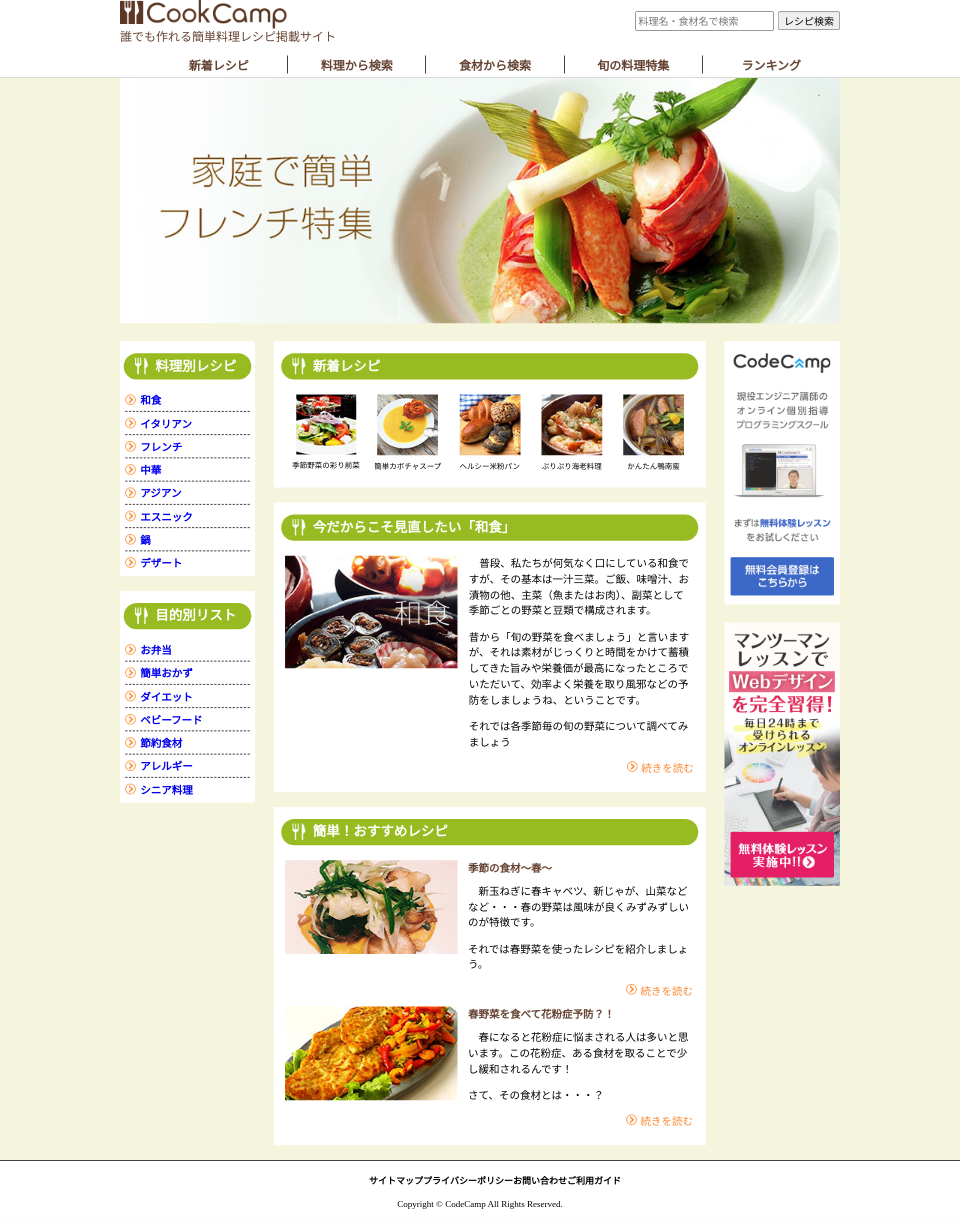
Repository: tomimaler/dc_work_tamachi_inagaki_html
Page: cookcamp/cookcamp.html
The author's editor kept a record of every edit. The page is drawn from the files as they stood at one moment, then again after the next edit.
The browser window is 1280 px wide. The pictures show the whole page, at 75% of full size.

Above is the page before.

### cookcamp/cookcamp.html
<!DOCTYPE html>
<html lang="ja">
 <head>
  <meta charset="UTF-8">
  <title>CookCamp</title>
  <link rel="stylesheet" href="cookcamp.css">
</head>
 <body>
  <header>
    <div class="container">
        <img class="logo" src="images/structure/logo.png">
        <input type="submit" value="レシピ検索">
        <input id="search" type="text" name="search" placeholder="料理名・食材名で検索">
        <p>誰でも作れる簡単料理レシピ掲載サイト</p>
        <ul class="header-menu">
            <li><a href="#">新着レシピ</a></li>
            <li><a href="#">料理から検索</a></li>
            <li><a href="#">食材から検索</a></li>
            <li><a href="#">旬の料理特集</a></li>
            <li><a href="#">ランキング</a></li>
        </ul>
    </div>
 </header>
 <main>
    <div class="container clearfix">
        <img class="mainView" src="images/contents/mainView.jpg">
        <nav class="left-column">
            <div class="recipe-nav">
                <h3>料理別レシピ</h3>
                <ul class="recipe-list">
                    <li><a href="#">和食</a></li>
                    <li><a href="#">イタリアン</a></li>
                    <li><a href="#">フレンチ</a></li>
                    <li><a href="#">中華</a></li>
                    <li><a href="#">アジアン</a></li>
                    <li><a href="#">エスニック</a></li>
                    <li><a href="#">鍋</a></li>
                    <li><a href="#">デザート</a></li>
                </ul>
            </div>
            <div class="recipe-nav">
                <h3>目的別リスト</h3>
                <ul class="recipe-list">
                    <li><a href="#">お弁当</a></li>
                    <li><a href="#">簡単おかず</a></li>
                    <li><a href="#">ダイエット</a></li>
                    <li><a href="#">ベビーフード</a></li>
                    <li><a href="#">節約食材</a></li>
                    <li><a href="#">アレルギー</a></li>
                    <li><a href="#">シニア料理</a></li>
                </ul>
            </div>
        </nav>
        <div class="main-column">
            <div class="article">
                <h3>新着レシピ</h3>
                <div class="section">
                    <div class="new-recipes">
                        <div class="new-recipe">
                            <img src="images/contents/newRecipes1.jpg" alt="季節野菜の彩り前菜">
                            <p>季節野菜の彩り前菜</p>
                        </div>
                        <div class="new-recipe">
                            <img src="images/contents/newRecipes2.jpg" alt="簡単カボチャスープ">
                            <p>簡単カボチャスープ</p>
                        </div>
                        <div class="new-recipe">
                            <img src="images/contents/newRecipes3.jpg" alt="ヘルシー米粉パン">
                            <p>ヘルシー米粉パン</p>
                        </div>
                        <div class="new-recipe">
                            <img src="images/contents/newRecipes4.jpg" alt="ぷりぷり海老料理">
                            <p>ぷりぷり海老料理</p>
                        </div>
                        <div class="new-recipe">
                            <img src="images/contents/newRecipes5.jpg" alt="かんたん鴨南蛮">
                            <p>かんたん鴨南蛮</p>
                        </div>
                    </div>
                </div>
            </div>
            <div class="article">
                <h3>今だからこそ見直したい「和食」</h3>
                <div class="section">
                    <img class="section-img" src="images/contents/topics.jpg" alt="和食" align="left">
                    <div class="section-text main-text">
                        <p>　普段、私たちが何気なく口にしている和食ですが、その基本は一汁三菜。ご飯、味噌汁、お漬物の他、主菜（魚またはお肉）、副菜として季節ごとの野菜と豆類で構成されます。</p>
                        <p>昔から「旬の野菜を食べましょう」と言いますが、それは素材がじっくりと時間をかけて蓄積してきた旨みや栄養価が最高になったところでいただいて、効率よく栄養を取り風邪などの予防をしましょうね、ということです。</p>
                        <p>それでは各季節毎の旬の野菜について調べてみましょう</p>
                        <a href="#"><img src="images/icon/arrow.png" alt="arrow">続きを読む</a>
                    </div>
                </div>
            </div>
            <div class="article">
                <h3>簡単！おすすめレシピ</h3>
                <div class="section">
                    <img class="section-img" src="images/contents/pushRecipes1.jpg" alt="春">
                    <div class="section-text">
                        <h4>季節の食材～春～</h4>
                        <p>　新玉ねぎに春キャベツ、新じゃが、山菜などなど・・・春の野菜は風味が良くみずみずしいのが特徴です。</p>
                        <p>それでは春野菜を使ったレシピを紹介しましょう。</p>
                        <a href="#"><img src="images/icon/arrow.png" alt="arrow">続きを読む</a>
                    </div>
                    <img class="section-img" src="images/contents/pushRecipes2.jpg" alt="花粉症">
                    <div class="section-text">
                        <h4>春野菜を食べて花粉症予防？！</h4>
                        <p>　春になると花粉症に悩まされる人は多いと思います。この花粉症、ある食材を取ることで少し緩和されるんです！</p>
                        <p>さて、その食材とは・・・？</p>
                        <a href="#"><img src="images/icon/arrow.png" alt="arrow">続きを読む</a>
                    </div>
                </div>
            </div>
        </div>
        <aside class="right-column">
            <a href="#"><img src="images/contents/right1.png"></a>
            <a href="#"><img src="images/contents/right2.png"></a>
        </aside>
    </div>
</main>
<footer>
    <div class="container">
        <ul class="footer-list">
            <li><a class="item1" href="#">サイトマップ</a></li>
            <li><a class="item2" href="#">プライバシーポリシー</a></li>
            <li><a class="item1" href="#">お問い合わせ</a></li>
            <li><a class="item1" href="#">ご利用ガイド</a></li>
        </ul>
        <p>Copyright &copy; CodeCamp All Rights Reserved.</p>
    </div>
</footer>
</body>
</html>

### cookcamp/cookcamp.css
body {
    margin:0;
    min-width:fit-content;
}

.container {
    width:960px;
    margin:0 auto;
}

main {
    background-color:#f5f5dd;
    font-family:"Yu Gothic";
    font-weight:500;
    padding-bottom:10px;
}

a {
    text-decoration:none;
}

header, footer {
    background-color:white;
}

header {
    border-bottom:1px solid #cccccc;
}

header logo {
    float:left;
}

header p{
    color:#664433;
    clear:both;
    margin-top:0;
    line-height:1;
}

header input {
    float:right;
    margin-top:15px;
}

#search {
    height:20px;
    margin-right:5px;
    margin-top:15px;
}

.header-menu {
    display:flex;
    text-align:center;
    list-style:none;
    margin:5px auto;
    font-weight:bold;
}

.header-menu li+ li {
    border-left:1px solid;
}

.header-menu li {
    flex:1;
    padding:0 2px;
}

.header-menu a {
    color:#664433;
}

.mainView {
    width:100%;
}

.recipe-nav {
    margin:20px 20px 10px 0;
    padding:1px 5px;
    background-color:white;
}

h3 {
    background-color:#99bb22;
    border-radius:25px;
    height:35px;
    line-height:35px;
    font-size:18px;
    color:white;
    margin-top:15px;
    margin-bottom:10px;
}

h3::before {
    content: url('images/icon/dish.png');
    padding-left:15px;
    padding-right:10px;
    position:relative;
    top:5px;
}

.recipe-list {
    margin:0;
    padding:2px;
}

.recipe-list li {
    list-style-type:none;
    background-image:url('images/icon/arrow.png');
    background-repeat:no-repeat;
    background-position:left 0.5em;
    padding:5px 0px 5px 20px;
    color:black;
    /*list-style-position:inside;*/
}

.recipe-list a {
    display:block;
    font-size:14px;
    font-weight:bold;

}

.recipe-list li+ li {
    border-top:1px dashed;
}

.new-recipes {
    display:flex;
}

.new-recipe {
    flex:1;
    text-align:center;
}

.new-recipe img {
    padding-bottom:0;
}

.new-recipe p {
    font-size:10px;
    width:100%;
    margin-top:0;
    padding-top:0;
}

.section-img {
    display:inline-block;
}

.section-text {
    display:inline-block;
    vertical-align:top;
    margin-left:10px;
    font-size:14px;
    width:300px;
}

.main-text {
    margin-left:15px;
}

.section-text p {
    margin-top:0;
}

.section-text a{
    color:#fc8833;
    float:right;
    margin-bottom:10px;
}

.section-text img {
    margin-right:5px;
}

h4 {
    color:#664433;
    margin-top:0;
    margin-bottom:10px;
}

.article {
    margin:20px 5px 10px 5px;
    padding:1px 10px;
    background-color:white;
}

.section {
    padding:10px 5px;
    line-height:1.5;
}

.right-column img {
    margin:20px 0 0 20px;
}

.left-column {
    width:200px;
    float:left;
}

.main-column {
    width:586px;
    float:left;
}

.right-column {
    width:155px;
    float:left;
}

.clearfix::after {
content: "";
display: block;
clear: both;
}

footer {
    clear:both;
    border-top:1px solid;
    text-align:center;
}

.footer-list {
    display:flex;
    text-align:center;
    list-style:none;
    justify-content:center;
  }

.footer-list a {
    font-size:12px;
    color:black;
    font-weight:bold;
}

.item1 {
    flex-basis:120px;
}

.item2 {
    flex-basis:160px;
}

.footer-list a+ a {
    border-left:1px solid #cccccc;
}

footer p {
    font-size:12px;
    margin-top:5px;
}

After the next edit:
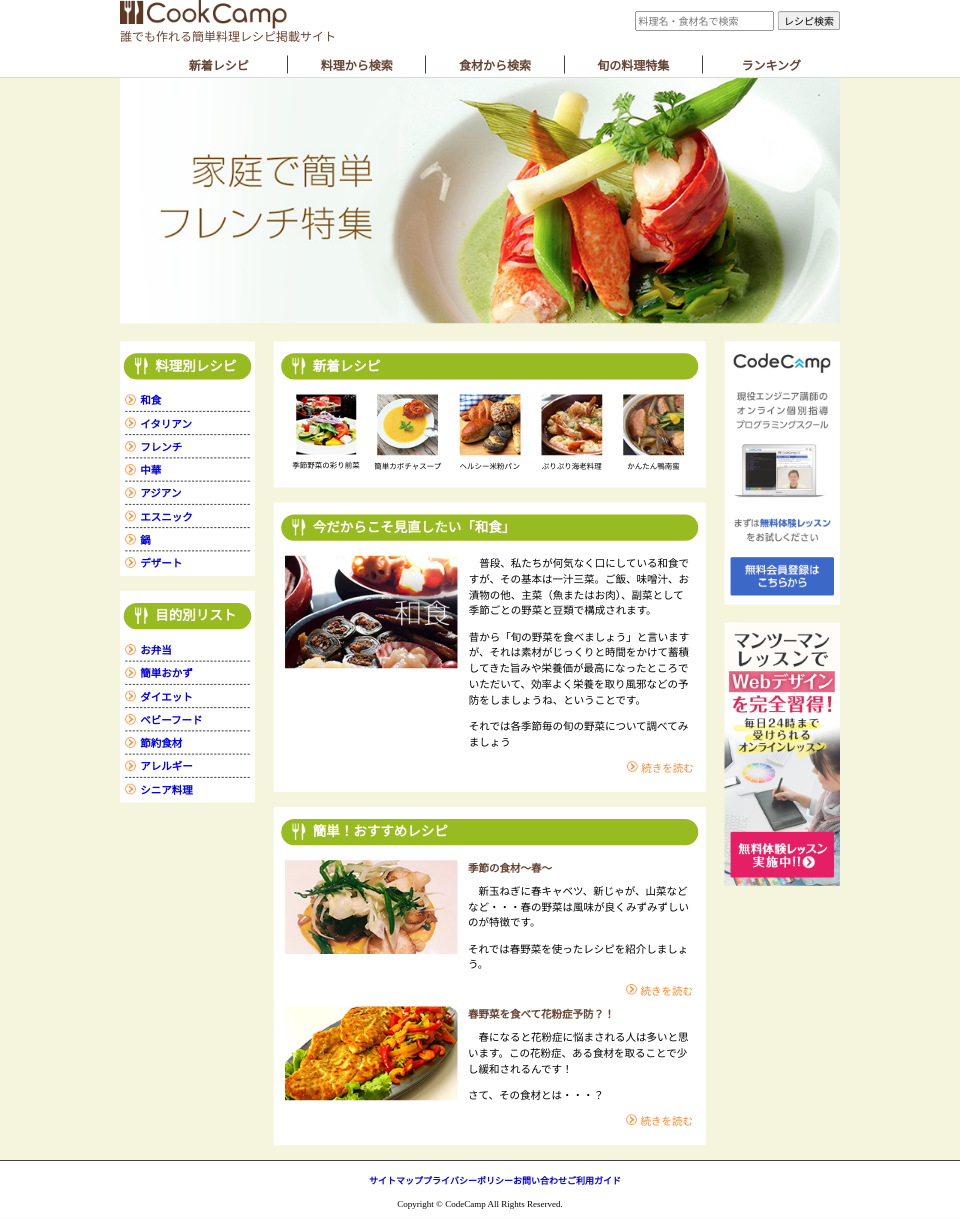
The edit:
--- a/cookcamp/cookcamp.css
+++ b/cookcamp/cookcamp.css
@@ -230,7 +230,7 @@
     justify-content:center;
   }
 
-.footer-list a {
+.footer-list li {
     font-size:12px;
     color:black;
     font-weight:bold;
